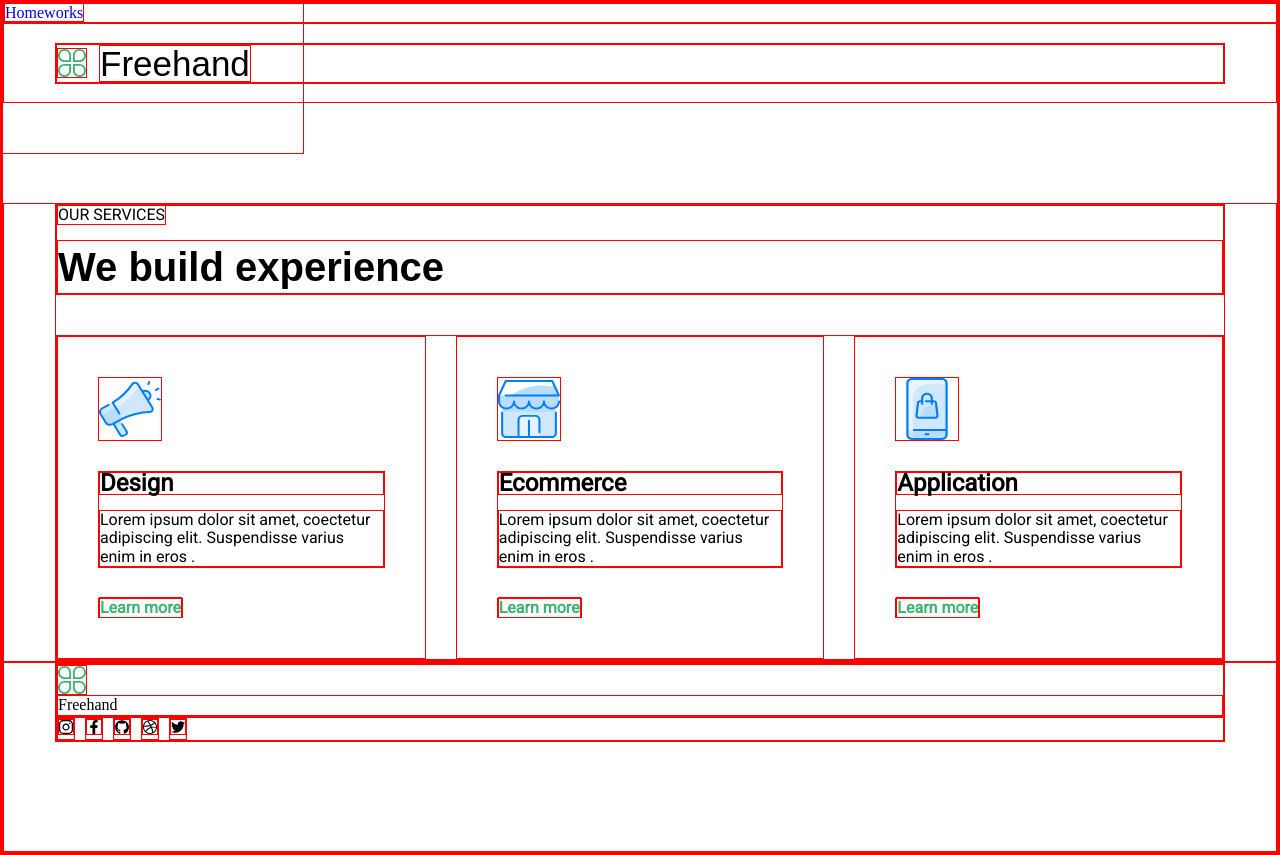
Repository: Tsiniavska/beetroot-test-project
Page: Homeworks/svg/index.html
An editor plug-in stored every save of this project. The page is shown before and after the next save, followed by the edit.
The browser window is 1280 px wide. The pictures show the whole page.
Some web fonts or font styles are not loaded; a fallback is used.

Above is the page before, as saved 2024-02-28 22:43:34.

After the next save:
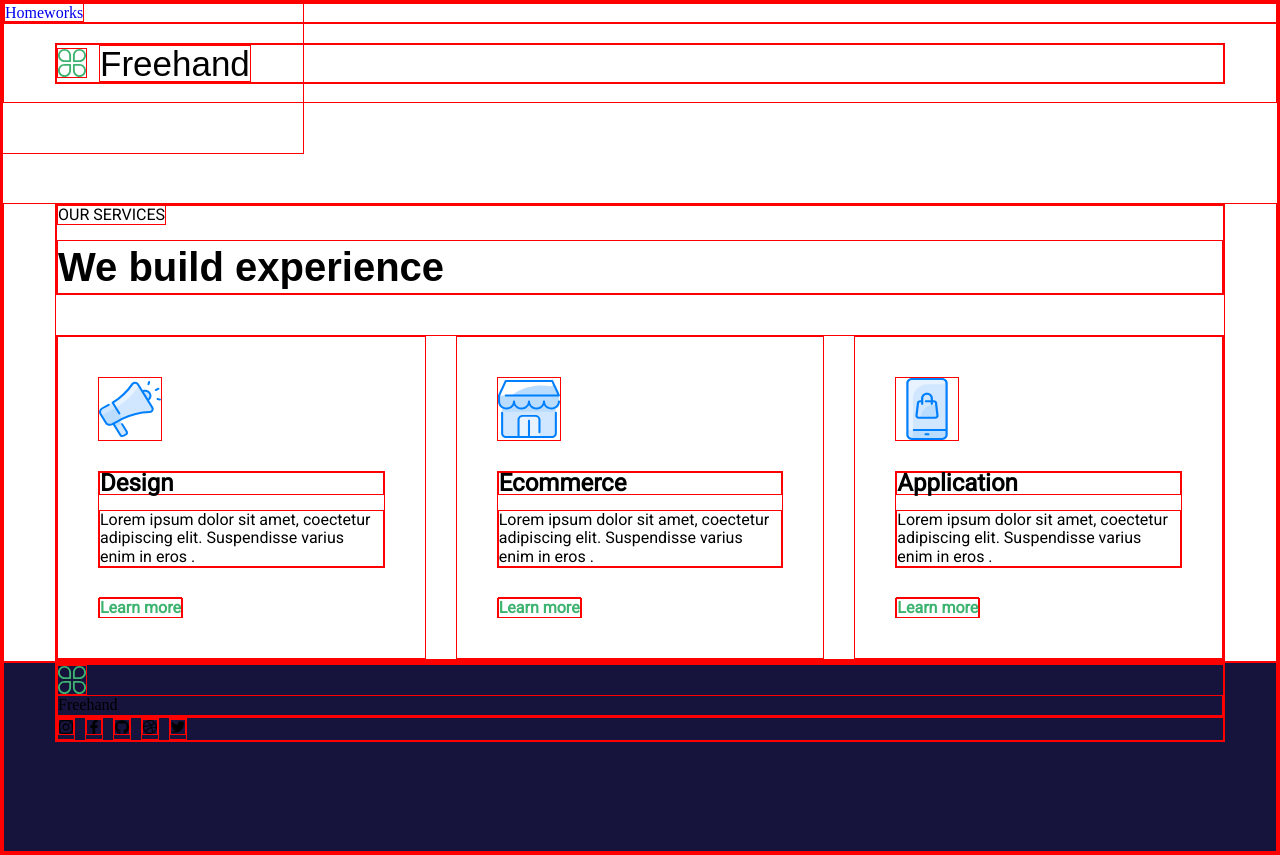
Saved 24 s later.
--- a/Homeworks/svg/index.css
+++ b/Homeworks/svg/index.css
@@ -82,8 +82,9 @@
 
 /* Footer */
 .footer {
+  width: 100%;
   min-height: var(--h-footer);
-  background-color: ;
+  background-color: var(--c-dark-blue);
 }
 
 .footer-content {
